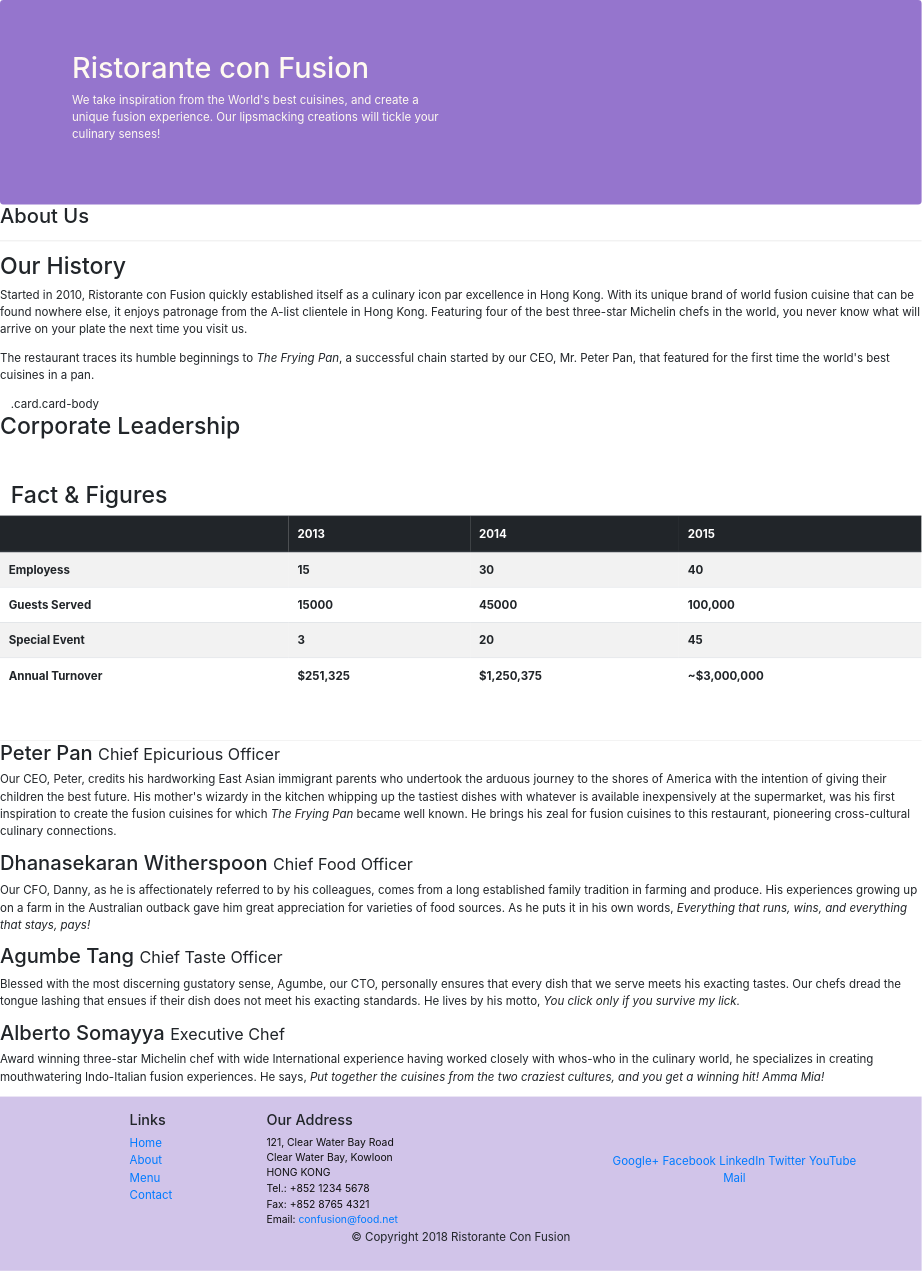
Repository: HwZau/conFusion
Page: aboutus.html
An editor plug-in stored every save of this project. The page is shown before and after a run of saves, followed by the edit.
The browser window is 1280 px wide. The pictures show the whole page, at 72% of full size.

Above is the page before, as saved 2022-05-19 11:01:34.

### aboutus.html
<!DOCTYPE html>
<html lang="en">

<head>
  <title>Ristorante Con Fusion: About Us</title>
  <meta charset="utf-8" />
  <meta name="viewport" content="width=device-width, initial-scale=1, shrink-to-fit=no" />
  <meta http-equiv="x-ua-compatible" content="ie=edge" />

  <!-- Bootstrap CSS -->
  <link rel="stylesheet" href="node_modules/bootstrap/dist/css/bootstrap.min.css" />
  <link rel="stylesheet" href="node_modules/font-awesome/css/font-awesome.min.css" />
  <link rel="stylesheet" href="node_modules/bootstrap-social/bootstrap-social.css" />
  <link rel="stylesheet" href="css/style.css" />
</head>
</head>

<body>
  <header class="jumbotron">
    <div class="container">
      <div class="row row-header">
        <div class="col-12 col-sm-6">
          <h1>Ristorante con Fusion</h1>
          <p>
            We take inspiration from the World's best cuisines, and create a
            unique fusion experience. Our lipsmacking creations will tickle
            your culinary senses!
          </p>
        </div>
        <div class="col-12 col-sm"></div>
      </div>
    </div>
  </header>

  <div>
    <div>
      <div>
        <h3>About Us</h3>
        <hr />
      </div>
    </div>

    <div>
      <div>
        <h2>Our History</h2>
        <p>
          Started in 2010, Ristorante con Fusion quickly established itself as
          a culinary icon par excellence in Hong Kong. With its unique brand
          of world fusion cuisine that can be found nowhere else, it enjoys
          patronage from the A-list clientele in Hong Kong. Featuring four of
          the best three-star Michelin chefs in the world, you never know what
          will arrive on your plate the next time you visit us.
        </p>
        <p>
          The restaurant traces its humble beginnings to
          <em>The Frying Pan</em>, a successful chain started by our CEO, Mr.
          Peter Pan, that featured for the first time the world's best
          cuisines in a pan.
        </p>
      </div>
      <div class="col-12">
        .card.card-body
      </div>
    </div>

    <div>
      <div>
        <h2>Corporate Leadership</h2>
        <div class="row row-content">
          <div class="col-12 col-sm-9">
            <h2>Fact &amp; Figures</h2>
          </div>
          <div class="col-12 col-sm-3"></div>

          <div class="table-responsive">
            <table class="table table-striped">
              <thead class="thead-dark">
                <tr>
                  <th>&nbsp;</th>
                  <th>2013</th>
                  <th>2014</th>
                  <th>2015</th>
                </tr>
              </thead>
              <tbody>
                <tr>
                  <th>Employess</th>
                  <th>15</th>
                  <th>30</th>
                  <th>40</th>
                </tr>
                <tr>
                  <th>Guests Served</th>
                  <th>15000</th>
                  <th>45000</th>
                  <th>100,000</th>
                </tr>
                <tr>
                  <th>Special Event</th>
                  <th>3</th>
                  <th>20</th>
                  <th>45</th>
                </tr>
                <tr>
                  <th>Annual Turnover</th>
                  <th>$251,325</th>
                  <th>$1,250,375</th>
                  <th>~$3,000,000</th>
                </tr>
              </tbody>
            </table>
          </div>
        </div>
        <h3>Peter Pan <small>Chief Epicurious Officer</small></h3>
        <p>
          Our CEO, Peter, credits his hardworking East Asian immigrant parents
          who undertook the arduous journey to the shores of America with the
          intention of giving their children the best future. His mother's
          wizardy in the kitchen whipping up the tastiest dishes with whatever
          is available inexpensively at the supermarket, was his first
          inspiration to create the fusion cuisines for which
          <em>The Frying Pan</em> became well known. He brings his zeal for
          fusion cuisines to this restaurant, pioneering cross-cultural
          culinary connections.
        </p>
        <h3>Dhanasekaran Witherspoon <small>Chief Food Officer</small></h3>
        <p>
          Our CFO, Danny, as he is affectionately referred to by his
          colleagues, comes from a long established family tradition in
          farming and produce. His experiences growing up on a farm in the
          Australian outback gave him great appreciation for varieties of food
          sources. As he puts it in his own words,
          <em>Everything that runs, wins, and everything that stays, pays!</em>
        </p>
        <h3>Agumbe Tang <small>Chief Taste Officer</small></h3>
        <p>
          Blessed with the most discerning gustatory sense, Agumbe, our CTO,
          personally ensures that every dish that we serve meets his exacting
          tastes. Our chefs dread the tongue lashing that ensues if their dish
          does not meet his exacting standards. He lives by his motto,
          <em>You click only if you survive my lick.</em>
        </p>
        <h3>Alberto Somayya <small>Executive Chef</small></h3>
        <p>
          Award winning three-star Michelin chef with wide International
          experience having worked closely with whos-who in the culinary
          world, he specializes in creating mouthwatering Indo-Italian fusion
          experiences. He says,
          <em>Put together the cuisines from the two craziest cultures, and you
            get a winning hit! Amma Mia!</em>
        </p>
      </div>
    </div>
  </div>

  <footer class="footer">
    <div class="container">
      <div class="row">
        <div class="col-4 offset-1 col-sm-2">
          <h5>Links</h5>
          <ul class="list-unstyled">
            <li><a href="#">Home</a></li>
            <li><a href="#">About</a></li>
            <li><a href="#">Menu</a></li>
            <li><a href="#">Contact</a></li>
          </ul>
        </div>
        <div class="col-7 col-sm-5">
          <h5>Our Address</h5>
          <address>
            121, Clear Water Bay Road<br />
            Clear Water Bay, Kowloon<br />
            HONG KONG<br />
            Tel.: +852 1234 5678<br />
            Fax: +852 8765 4321<br />
            Email: <a href="mailto:confusion@food.net">confusion@food.net</a>
          </address>
        </div>
        <div class="col-12 col-sm-4 align-self-center">
          <div class="text-center">
            <a href="http://google.com/+">Google+</a>
            <a href="http://www.facebook.com/profile.php?id=">Facebook</a>
            <a href="http://www.linkedin.com/in/">LinkedIn</a>
            <a href="http://twitter.com/">Twitter</a>
            <a href="http://youtube.com/">YouTube</a>
            <a href="mailto:">Mail</a>
          </div>
        </div>
      </div>
      <div class="row justify-content-center">
        <div class="col-auto">
          <p>© Copyright 2018 Ristorante Con Fusion</p>
        </div>
      </div>
    </div>
  </footer>
</body>

</html>

### css/style.css

.row-header {
	margin: 0px auto;
	padding: 0px auto;
}

.row-content {
	margin: 0 auto;
	padding: 50px 0px 50px 0px;
	border-bottom: 1px ridge;
	min-height: 400px;
}

.footer {
	background-color: #D1C4E9;
	margin: 0px auto;
	padding: 20px 0px 20px 0px;
}

.jumbotron {
	padding: 70px 30px 70px 30px;
	margin: 0px auto;
	background: #9575CD;
	color: floralwhite;
}

address {
	font-size: 90%;
	margin: 0px;
	color:#0f0f0f;
}

Loaded but not shown: node_modules/bootstrap/dist/css/bootstrap.min.css (library); node_modules/font-awesome/css/font-awesome.min.css (library); node_modules/bootstrap-social/bootstrap-social.css (library)

After the next 4 saves:
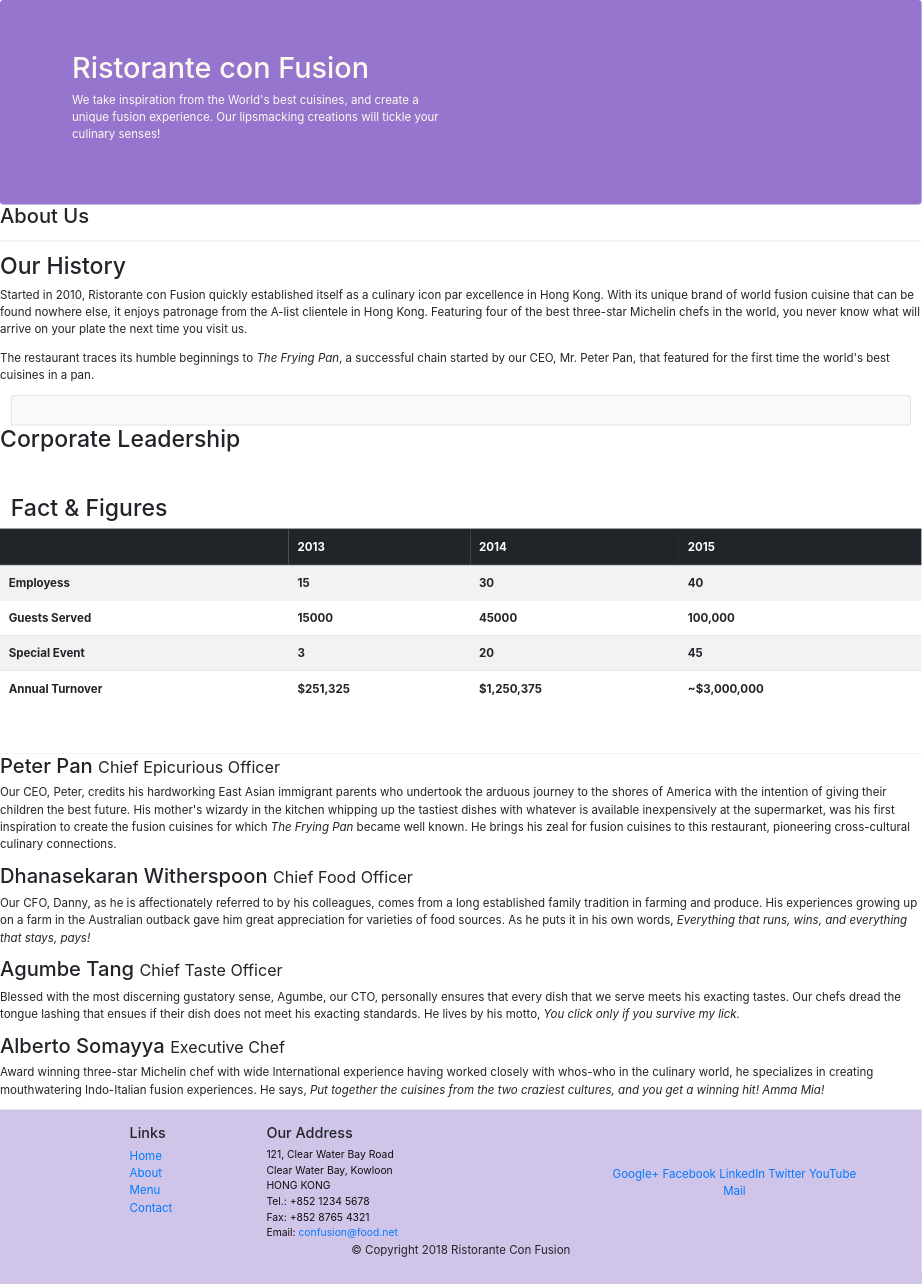
The 4 saves are shown as one change because they came seconds apart.
The last was saved 11 s later.
--- a/aboutus.html
+++ b/aboutus.html
@@ -59,7 +59,9 @@
         </p>
       </div>
       <div class="col-12">
-        .card.card-body
+        <div class="card card-body bg-light">
+          <p class="mb-0"></p>
+        </div>
       </div>
     </div>
 
